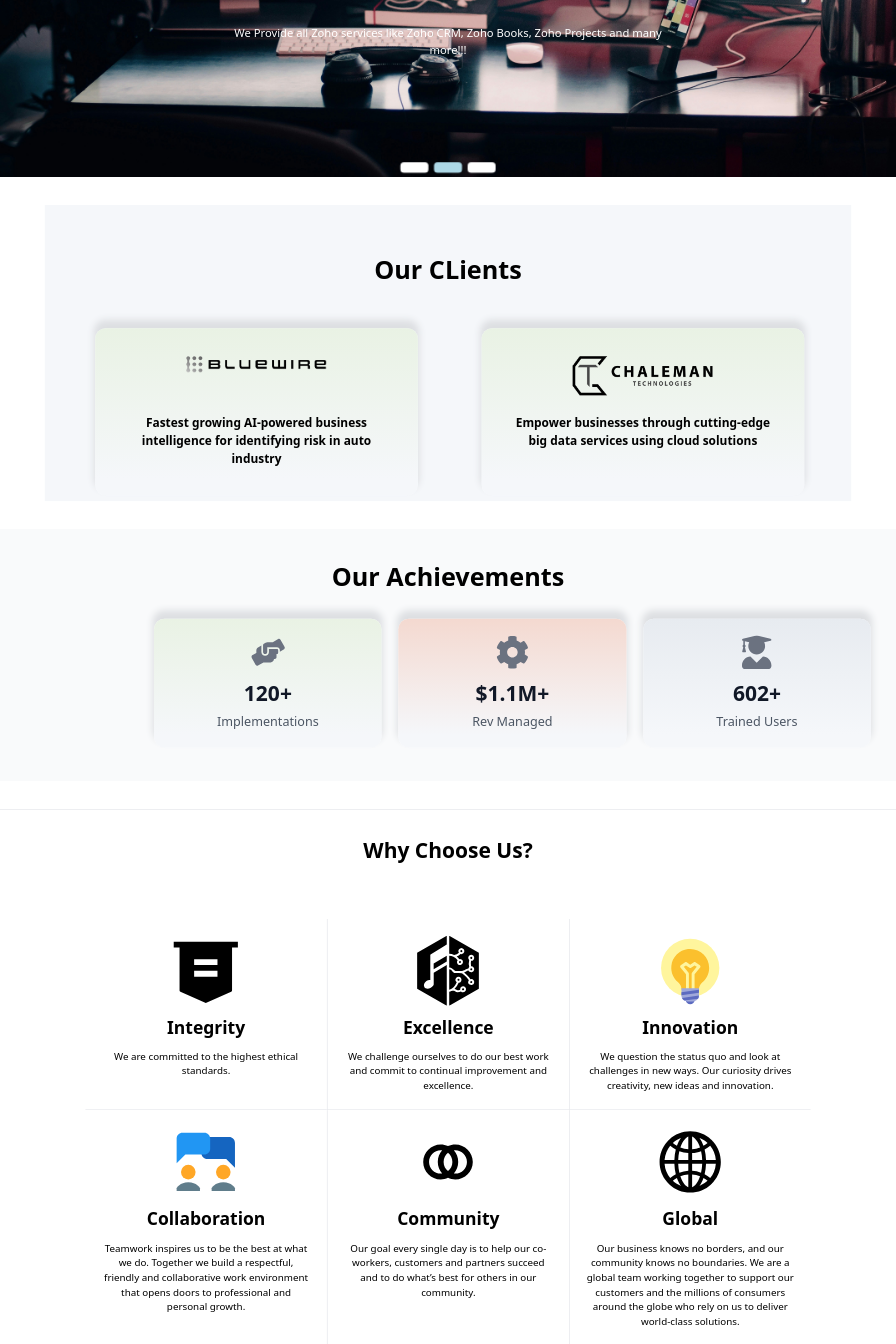
Repository: huzaifaBitCloud/BitCloud-website
Page: /
The author's editor kept a copy of each file at every save. The page is drawn from the files as they stood at one save, then again after the next save.
The browser window is 1280 px wide. The pictures show the part of the page from y = 547 to 2467 px (the page is 2698 px tall), at 70% of full size.
The project was rebuilt for these pictures with package versions that can differ from the ones it lists, and the page was loaded fresh each time. The framework's server and built-in components were replaced by stand-ins that run in the browser. Also part of the build but not shown: next.config.mjs.

Above is the page before, as saved 2025-01-13 17:59:19.

After the next save:
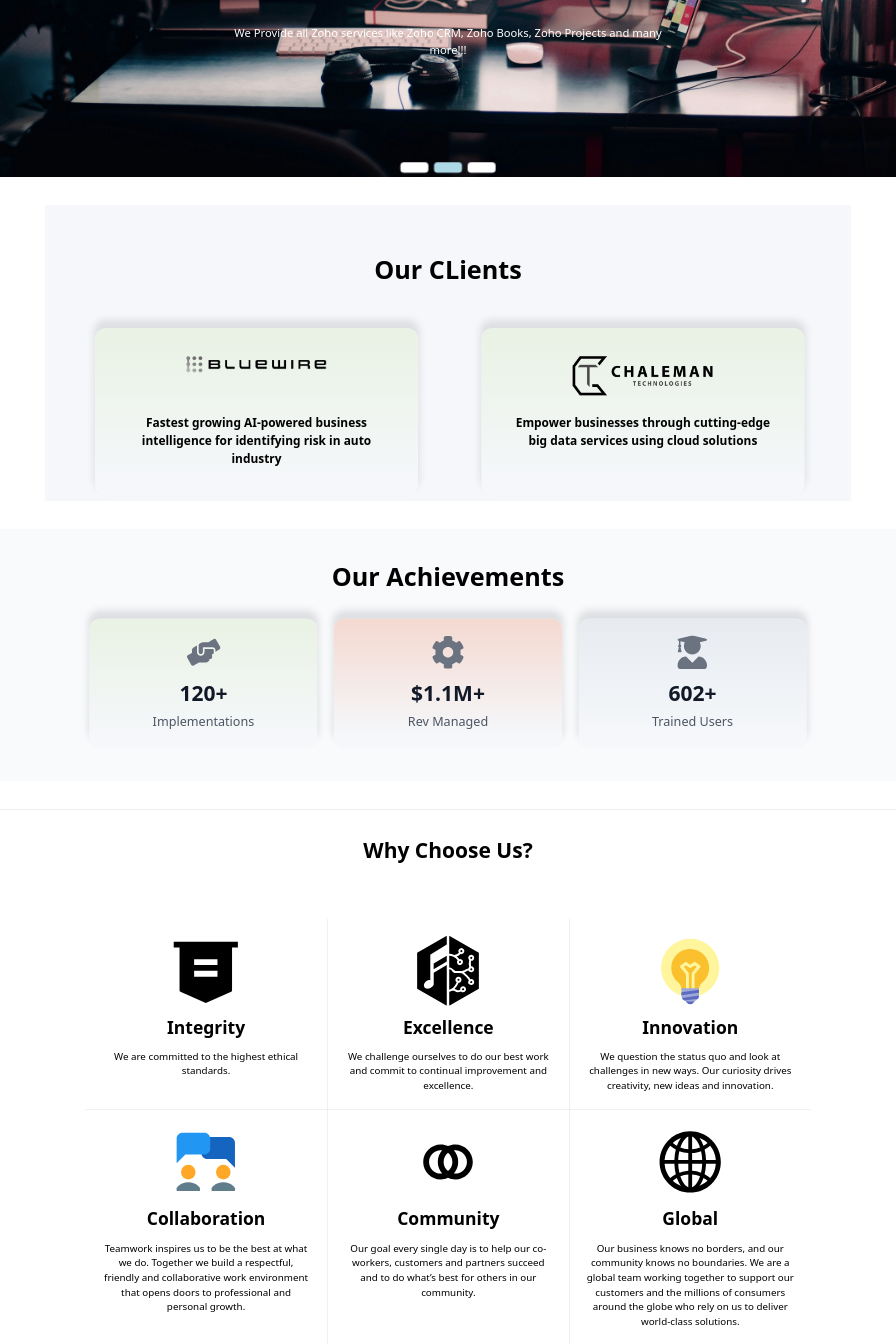
Saved 4 min 47 s later.
--- a/src/components/Achievements.tsx
+++ b/src/components/Achievements.tsx
@@ -3,48 +3,86 @@
 const Achievements = () => {
   return (
     <section className="bg-gray-50 py-12">
-      <div className="container mx-auto px-6">
-        <h2 className="text-4xl font-bold text-center text-black mb-10">
-          Our Achievements
-        </h2>
+  <div className="container mx-auto px-6">
+    <h2 className="text-4xl font-bold text-center text-black mb-10">
+      Our Achievements
+    </h2>
 
-        {/* Achievements Grid */}
-        <div className="grid grid-cols-1 md:grid-cols-3 gap-6 max-w-5xl ml-[196px]">
-          {/* Card 1 */}
-          <div className="bg-gradient-to-r from-green-50 to-green-100 p-6 rounded-xl shadow-lg text-center transform transition duration-700 hover:-translate-y-3 custom-cards-ourClient">
-            {" "}
-            {/* Reduced padding and rounded the corners */}
-            <div className="flex justify-center items-center mb-4">
-              <FaHandsHelping className="w-12 h-12 text-gray-500" />
-            </div>
-            <h3 className="text-3xl font-bold text-gray-900">120+</h3>
-            <p className="text-gray-600 mt-2 text-lg">Implementations</p>
-          </div>
+    {/* Achievements Grid */}
+    <div className="grid grid-cols-1 sm:grid-cols-2 lg:grid-cols-3 gap-6 max-w-5xl mx-auto">
+      {/* Card 1 */}
+      <div className="bg-gradient-to-r from-green-50 to-green-100 p-6 rounded-xl shadow-lg text-center transform transition duration-700 hover:-translate-y-3 custom-cards-ourClient">
+        <div className="flex justify-center items-center mb-4">
+          <FaHandsHelping className="w-12 h-12 text-gray-500" />
+        </div>
+        <h3 className="text-3xl font-bold text-gray-900">120+</h3>
+        <p className="text-gray-600 mt-2 text-lg">Implementations</p>
+      </div>
 
-          {/* Card 2 */}
-          <div className="bg-gradient-to-r from-red-50 to-red-100 p-6 rounded-xl shadow-lg text-center transform transition duration-700 hover:-translate-y-3 custom-card-2-achievements">
-            {" "}
-            {/* Reduced padding and rounded the corners */}
-            <div className="flex justify-center items-center mb-4">
-              <FaCog className="w-12 h-12 text-gray-500" />
-            </div>
-            <h3 className="text-3xl font-bold text-gray-900">$1.1M+</h3>
-            <p className="text-gray-600 mt-2 text-lg">Rev Managed</p>
-          </div>
+      {/* Card 2 */}
+      <div className="bg-gradient-to-r from-red-50 to-red-100 p-6 rounded-xl shadow-lg text-center transform transition duration-700 hover:-translate-y-3 custom-card-2-achievements">
+        <div className="flex justify-center items-center mb-4">
+          <FaCog className="w-12 h-12 text-gray-500" />
+        </div>
+        <h3 className="text-3xl font-bold text-gray-900">$1.1M+</h3>
+        <p className="text-gray-600 mt-2 text-lg">Rev Managed</p>
+      </div>
 
-          {/* Card 3 */}
-          <div className="bg-gradient-to-r from-gray-50 to-gray-100 p-6 rounded-xl shadow-lg text-center transform transition duration-700 hover:-translate-y-3 custom-card-3-achievements">
-            {" "}
-            {/* Reduced padding and rounded the corners */}
-            <div className="flex justify-center items-center mb-4">
-              <FaUserGraduate className="w-12 h-12 text-gray-500" />
-            </div>
-            <h3 className="text-3xl font-bold text-gray-900">602+</h3>
-            <p className="text-gray-600 mt-2 text-lg">Trained Users</p>
-          </div>
+      {/* Card 3 */}
+      <div className="bg-gradient-to-r from-gray-50 to-gray-100 p-6 rounded-xl shadow-lg text-center transform transition duration-700 hover:-translate-y-3 custom-card-3-achievements">
+        <div className="flex justify-center items-center mb-4">
+          <FaUserGraduate className="w-12 h-12 text-gray-500" />
         </div>
+        <h3 className="text-3xl font-bold text-gray-900">602+</h3>
+        <p className="text-gray-600 mt-2 text-lg">Trained Users</p>
       </div>
-    </section>
+    </div>
+  </div>
+</section>
+
+    // <section className="bg-gray-50 py-12">
+    //   <div className="container mx-auto px-6">
+    //     <h2 className="text-4xl font-bold text-center text-black mb-10">
+    //       Our Achievements
+    //     </h2>
+
+    //     {/* Achievements Grid */}
+    //     <div className="grid grid-cols-1 md:grid-cols-3 gap-6 max-w-5xl ml-[196px]">
+    //       {/* Card 1 */}
+    //       <div className="bg-gradient-to-r from-green-50 to-green-100 p-6 rounded-xl shadow-lg text-center transform transition duration-700 hover:-translate-y-3 custom-cards-ourClient">
+    //         {" "}
+    //         {/* Reduced padding and rounded the corners */}
+    //         <div className="flex justify-center items-center mb-4">
+    //           <FaHandsHelping className="w-12 h-12 text-gray-500" />
+    //         </div>
+    //         <h3 className="text-3xl font-bold text-gray-900">120+</h3>
+    //         <p className="text-gray-600 mt-2 text-lg">Implementations</p>
+    //       </div>
+
+    //       {/* Card 2 */}
+    //       <div className="bg-gradient-to-r from-red-50 to-red-100 p-6 rounded-xl shadow-lg text-center transform transition duration-700 hover:-translate-y-3 custom-card-2-achievements">
+    //         {" "}
+    //         {/* Reduced padding and rounded the corners */}
+    //         <div className="flex justify-center items-center mb-4">
+    //           <FaCog className="w-12 h-12 text-gray-500" />
+    //         </div>
+    //         <h3 className="text-3xl font-bold text-gray-900">$1.1M+</h3>
+    //         <p className="text-gray-600 mt-2 text-lg">Rev Managed</p>
+    //       </div>
+
+    //       {/* Card 3 */}
+    //       <div className="bg-gradient-to-r from-gray-50 to-gray-100 p-6 rounded-xl shadow-lg text-center transform transition duration-700 hover:-translate-y-3 custom-card-3-achievements">
+    //         {" "}
+    //         {/* Reduced padding and rounded the corners */}
+    //         <div className="flex justify-center items-center mb-4">
+    //           <FaUserGraduate className="w-12 h-12 text-gray-500" />
+    //         </div>
+    //         <h3 className="text-3xl font-bold text-gray-900">602+</h3>
+    //         <p className="text-gray-600 mt-2 text-lg">Trained Users</p>
+    //       </div>
+    //     </div>
+    //   </div>
+    // </section>
   );
 };
 
